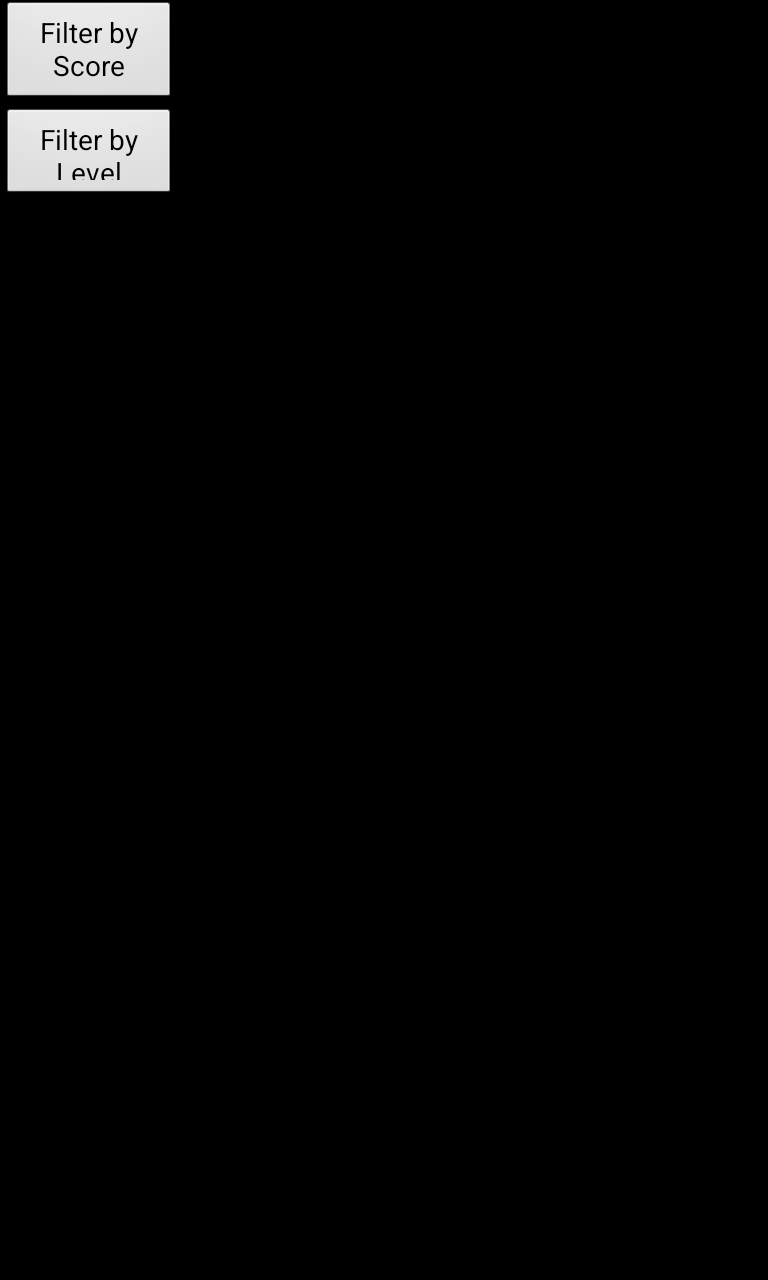
Repository: valleskeyp/IADHub
Layout: MGDGame-android/res/layout/main.xml
The author's editor kept a copy of each file at every save. The layout is drawn from the files as they stood at one save, then again after the next save.
It is drawn on a 768 x 1280 px phone screen (xhdpi) without system bars, with theme android:Theme.NoTitleBar.Fullscreen; the app's code is not run. Lists and similar views that code fills are empty.

Above is the layout before, as saved 2013-07-29 23:03:38.

### MGDGame-android/res/layout/main.xml
<?xml version="1.0" encoding="utf-8"?>
<LinearLayout xmlns:android="http://schemas.android.com/apk/res/android"
    android:layout_width="fill_parent"
    android:layout_height="fill_parent"
    android:orientation="horizontal" >

	<LinearLayout
	    android:layout_width="wrap_content"
	    android:layout_height="wrap_content"
	    android:orientation="vertical"
	    android:gravity="center_vertical" >

	    <Button
	        android:id="@+id/filterScore"
	        android:layout_width="89dp"
	        android:layout_height="wrap_content"
	        android:text="Filter by Score" />

	    <Button
	        android:id="@+id/filterLevel"
	        android:layout_width="match_parent"
	        android:layout_height="wrap_content"
	        android:text="Filter by Level" />
	</LinearLayout>

<ListView
        android:id="@+id/list_scores"
        android:layout_width="match_parent"
        android:layout_height="wrap_content" >
    </ListView>

</LinearLayout>

After the next save:
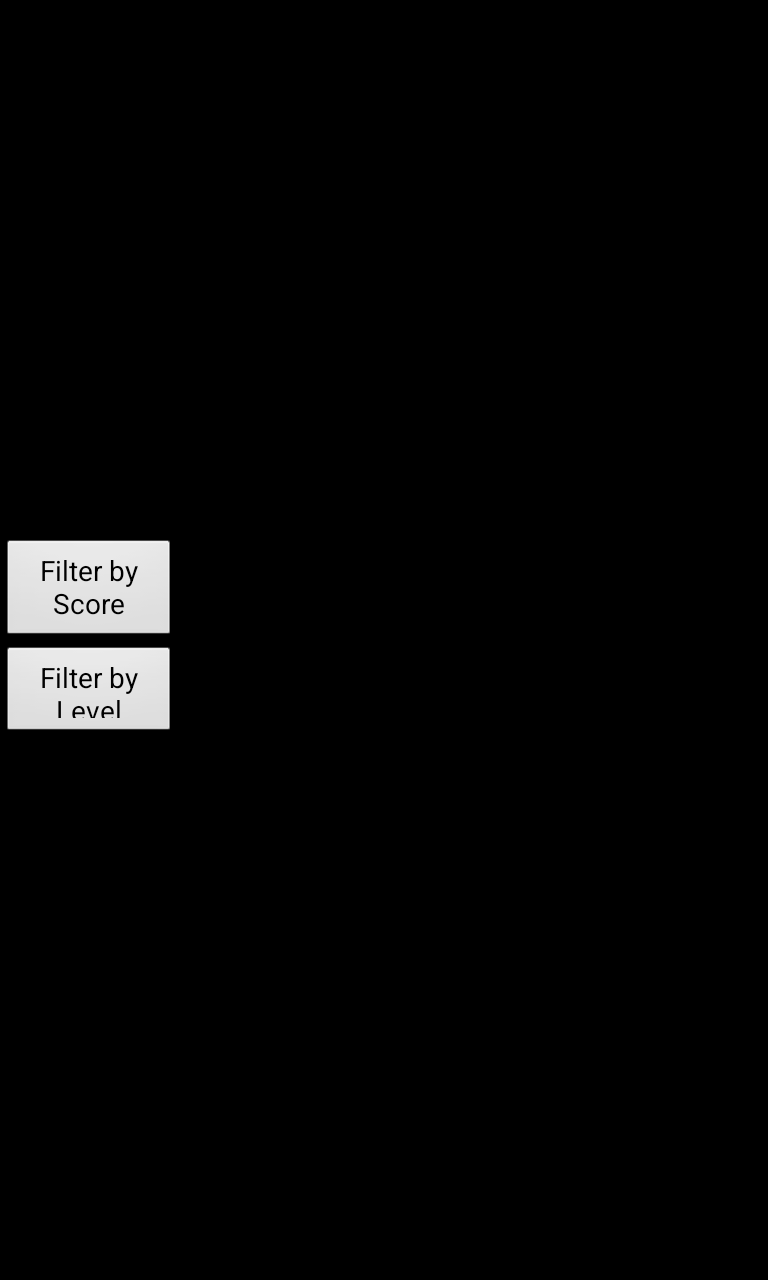
Saved 15 s later.
--- a/MGDGame-android/res/layout/main.xml
+++ b/MGDGame-android/res/layout/main.xml
@@ -8,7 +8,7 @@
 	    android:layout_width="wrap_content"
 	    android:layout_height="wrap_content"
 	    android:orientation="vertical"
-	    android:gravity="center_vertical" >
+	    android:layout_gravity="center_vertical" >
 
 	    <Button
 	        android:id="@+id/filterScore"
